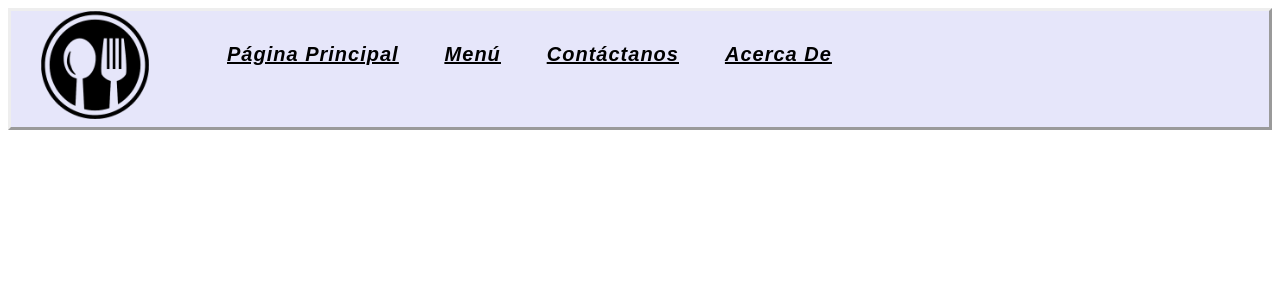
Repository: UVMCoyoacan/eq06_sitio1
Page: Carpeta docs/menu.html
The author's editor kept a copy of each file at every save. The page is drawn from the files as they stood at one save, then again after the next save.
The browser window is 1280 px wide. The pictures show the whole page.

Above is the page before, as saved 2024-03-06 12:06:28.

### Carpeta docs/menu.html
<!DOCTYPE html>
<html>
    <head>
        <link rel="stylesheet" href="../Carpeta estilos/estilo1.css"/>
        <meta charset="utf-8" />
    </head>
    <body>
        <header id="parte_inicial" role="banner">
            <div class="encabezado" style="display: flex;   flex-wrap: wrap;">
                    <div style="flex-wrap:wrap ;">
                    <img width="108" height="108" src="../Carpeta ims/tres.png" onclick="redirigirIndex()" style="text-align: left; cursor:pointer;";>
                    </div>
            <div style="display: flex;   flex-wrap: wrap;">
            <ul >
                <li><a href="../index.html">Página principal</a></li>
                <li><a href="#">Menú</a></li>
                <li><a href="contactos.html">Contáctanos</a></li>
                <li style="float:right"><a class="active" href="acercade.html">Acerca de</a></li>
            </ul>
        </div>
            </div>

        </header>
    </body>
    <script src="../Carpeta js/js1.js">
    </script>
</html>

### Carpeta estilos/estilo1.css
/* Estilo mejorado */

.body {
  background-color: #FFF0C9;
  font-size: 20px;
  font-family: Arial, sans-serif; /* Cambio de fuente para mejorar la legibilidad */
  font-weight: bold;
  font-style: normal;
  line-height: 1.5; /* Ajuste de la altura de línea para mejorar la legibilidad */
  letter-spacing: 1px;
  padding: 28px;
  text-transform: capitalize;
  text-align: left;
  text-indent: 30px;
}

header {
  background-color: #E6E6FA;
  font-size: 20px;
  font-family: Arial, sans-serif;
  font-weight: bold;
  font-style: italic;
  line-height: 1.5;
  letter-spacing: 1px;
  text-transform: capitalize;
  text-align: left;
  text-indent: 30px;
  border-style: outset;
}

li {
  display: inline;
  float: left;
  background-color: #E6E6FA;
  font-size: 20px;
  font-family: Arial, sans-serif;
  font-weight: bold;
  font-style: italic;
  line-height: 1.5;
  letter-spacing: 1px;
  text-decoration: underline;
  text-transform: capitalize;
  text-align: left;
  text-indent: 30px;
}

a {
  display: block;
  padding: 8px;
  background-color: #E6E6FA;
  color: #000; /* Cambio del color del texto a negro para mejorar el contraste */
}

.active {
  background-color: #E6E6FA;
}

#titulo {
  text-decoration: overline underline;
  font-size: 30px;
  font-style: italic;
}

### Carpeta js/js1.js
function redirigirIndex() {
    window.location.href = '#';
}

After the next save:
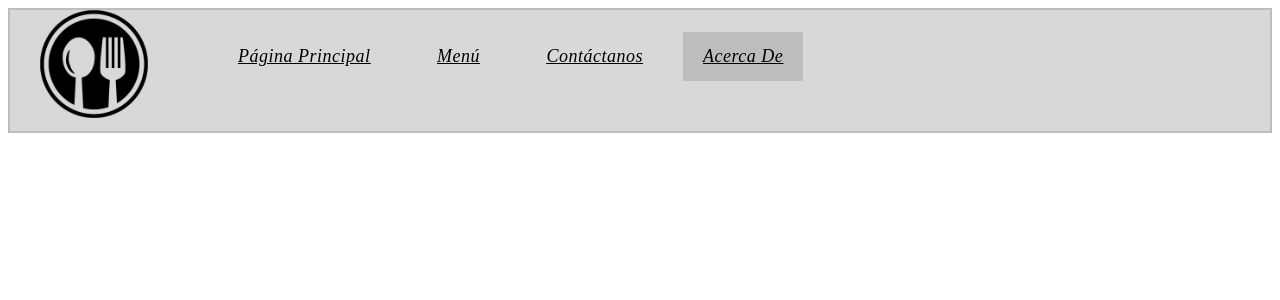
Saved 53 s later.
--- a/Carpeta estilos/estilo1.css
+++ b/Carpeta estilos/estilo1.css
@@ -1,62 +1,57 @@
 /* Estilo mejorado */
 
 .body {
-  background-color: #FFF0C9;
-  font-size: 20px;
-  font-family: Arial, sans-serif; /* Cambio de fuente para mejorar la legibilidad */
-  font-weight: bold;
-  font-style: normal;
-  line-height: 1.5; /* Ajuste de la altura de línea para mejorar la legibilidad */
-  letter-spacing: 1px;
-  padding: 28px;
+  background-color: #F9F5E8; /* Color de fondo ligeramente más suave */
+  font-size: 18px; /* Tamaño de fuente ligeramente reducido para una apariencia más moderna */
+  font-family: "Arial", sans-serif; /* Fuente predeterminada más legible */
+  font-weight: 500; /* Ajuste del peso de la fuente para un aspecto más equilibrado */
+  line-height: 1.6; /* Ajuste de la altura de línea para mejorar la legibilidad */
+  letter-spacing: 0.5px; /* Reducción del espaciado entre letras para una apariencia más limpia */
+  padding: 20px 30px; /* Ajuste del relleno para un diseño más espacioso */
   text-transform: capitalize;
   text-align: left;
-  text-indent: 30px;
 }
 
 header {
-  background-color: #E6E6FA;
-  font-size: 20px;
-  font-family: Arial, sans-serif;
-  font-weight: bold;
-  font-style: italic;
-  line-height: 1.5;
+  background-color: #D8D8D8; /* Color de encabezado más suave */
+  font-size: 22px; /* Tamaño de fuente ligeramente aumentado para enfatizar el encabezado */
+  font-style: italic; /* Estilo de fuente cambiado a cursiva para un aspecto más elegante */
+  line-height: 1.8; /* Ajuste de la altura de línea para un aspecto más espaciado */
   letter-spacing: 1px;
-  text-transform: capitalize;
-  text-align: left;
   text-indent: 30px;
-  border-style: outset;
+  border-style: solid; /* Cambio del estilo del borde a sólido para una apariencia más nítida */
+  border-width: 2px; /* Grosor del borde ajustado */
+  border-color: #BDBDBD; /* Color del borde más suave */
 }
 
 li {
-  display: inline;
-  float: left;
-  background-color: #E6E6FA;
-  font-size: 20px;
-  font-family: Arial, sans-serif;
-  font-weight: bold;
-  font-style: italic;
-  line-height: 1.5;
-  letter-spacing: 1px;
+  display: inline-block; /* Cambio a inline-block para una mejor disposición de los elementos */
+  background-color: #D8D8D8; /* Color de fondo del elemento de lista */
+  font-size: 18px;
+  font-style: italic; /* Estilo de fuente cambiado a cursiva para coincidir con el encabezado */
+  font-weight: 500;
+  line-height: 1.6;
+  letter-spacing: 0.5px;
   text-decoration: underline;
   text-transform: capitalize;
-  text-align: left;
-  text-indent: 30px;
+  text-indent: 0; /* Eliminación de la sangría en la lista */
+  margin-right: 20px; /* Añadir espacio entre elementos de lista */
 }
 
 a {
   display: block;
-  padding: 8px;
-  background-color: #E6E6FA;
+  padding: 10px 20px; /* Ajuste del relleno para un aspecto más equilibrado */
+  background-color: #D8D8D8;
   color: #000; /* Cambio del color del texto a negro para mejorar el contraste */
 }
 
 .active {
-  background-color: #E6E6FA;
+  background-color: #BDBDBD; /* Color de fondo resaltado más suave */
 }
 
 #titulo {
-  text-decoration: overline underline;
-  font-size: 30px;
+  text-decoration: underline;
+  font-size: 28px; /* Tamaño de fuente aumentado para el título */
   font-style: italic;
+  margin-bottom: 20px; /* Añadir espacio debajo del título */
 }
